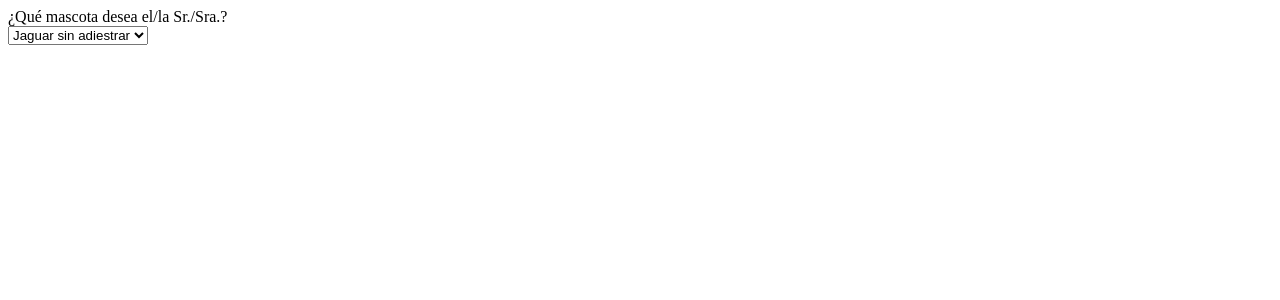
Repository: Myugen/EjercicioPHP
Page: http://localhost/ejercicio2.php
An editor plug-in stored every save of this project. The page is shown before and after the next save, followed by the edit.
The browser window is 1280 px wide. The pictures show the whole page.
The page is run by PHP 8.4 with error messages shown; the project is at /var/www/html/.

Above is the page before, as saved 2015-10-21 11:41:55.

After the next save:
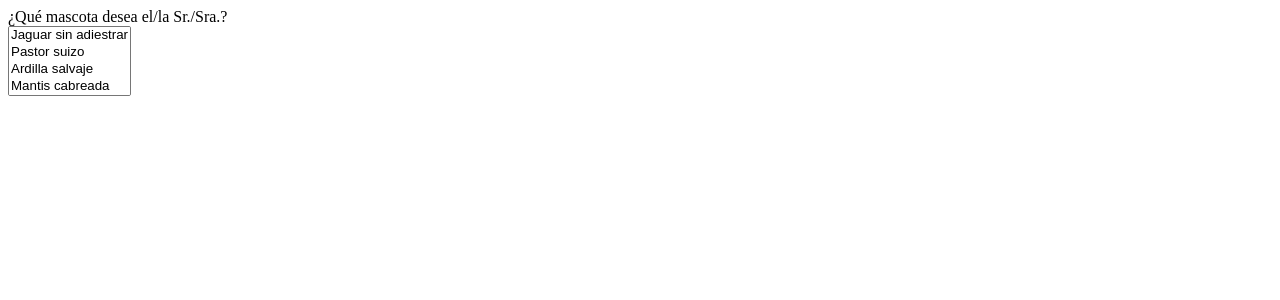
Saved 82 s later.
--- a/Actividades4-2/ejercicio2.php
+++ b/Actividades4-2/ejercicio2.php
@@ -7,7 +7,7 @@
 <body>
 	<form action="resultado_ejercicio2.php" method="post">
 	<label for="selectMascota">¿Qué mascota desea el/la Sr./Sra.?</label><br>
-	<select name="mascotas[]" id="selectMascota">
+	<select name="mascotas[]" id="selectMascota" multiple>
 		<option>Jaguar sin adiestrar</option>
 		<option>Pastor suizo</option>
 		<option>Ardilla salvaje</option>
